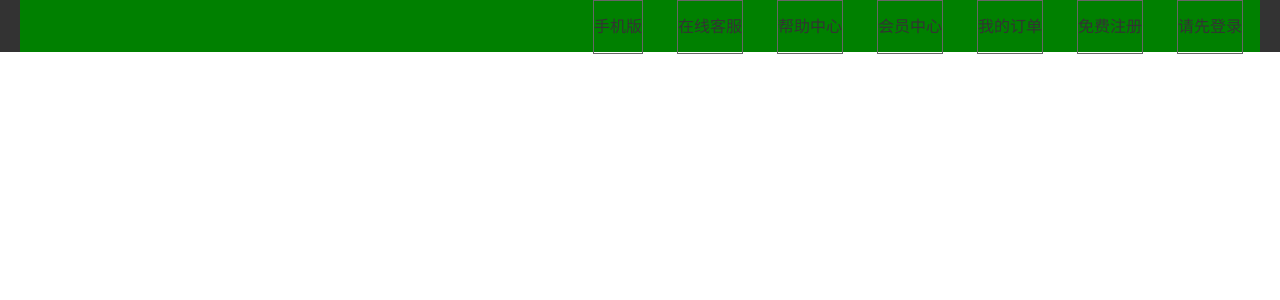
Repository: DengBiHua/xtx_pc_client
Page: index.html
The author's editor kept a copy of each file at every save. The page is drawn from the files as they stood at one save, then again after the next save.
The browser window is 1280 px wide. The pictures show the whole page.

Above is the page before, as saved 2022-04-16 10:30:43.

### index.html
<!DOCTYPE html>
<html lang="zh-CN">
<head>
    <meta charset="UTF-8">
    <meta http-equiv="X-UA-Compatible" content="IE=edge">
    <meta name="viewport" content="width=device-width, initial-scale=1.0">
    <title>小兔鲜儿-新鲜、惠民、快捷！</title>
    <meta name="description" content="小兔鲜儿官网，致力于打造全球最大的食品、生鲜电商购物平台。">
    <meta name="keywords" content="小兔鲜儿,食品,生鲜,服装,家电,电商,购物">
    <link rel="shortcut icon" href="favicon.ico" type="image/x-icon">
    <link rel="stylesheet" href="./css/base.css">
    <link rel="stylesheet" href="./css/common.css">
    <link rel="stylesheet" href="./css/index.css">
</head>
<body>
    <div class="header">
        <div class="wrapper">
            <ul>
                <li><a href="#">请先登录</a></li>
                <li><a href="#">免费注册</a></li>
                <li><a href="#">我的订单</a></li>
                <li><a href="#">会员中心</a></li>
                <li><a href="#">帮助中心</a></li>
                <li><a href="#">在线客服</a></li>
                <li><a href="#">手机版</a></li>
            </ul>
        </div>
    </div>
</body>
</html>

### css/base.css
/* 清除默认样式的代码 */
/* 去除常见标签默认的 margin 和 padding */
body,
h1,
h2,
h3,
h4,
h5,
h6,
p,
ul,
ol,
li,
dl,
dt,
dd,
input {
  margin: 0;
  padding: 0;
}

/* 內减模式 */
* {
  box-sizing: border-box;
}

/* 设置网页统一的字体大小、行高、字体系列相关属性 */
body {
  font: 16px/1.5 "Helvetica Neue", Helvetica, Arial, "Microsoft Yahei",
    "Hiragino Sans GB", "Heiti SC", "WenQuanYi Micro Hei", sans-serif;
  color: #333;
}

/* 去除列表默认样式 */
ul,
ol {
  list-style: none;
}

/* 去除默认的倾斜效果 */
em,
i {
  font-style: normal;
}

/* 去除a标签默认下划线，并设置默认文字颜色 */
a {
  text-decoration: none;
  color: #333;
}

/* 设置img的垂直对齐方式为居中对齐，去除img默认下间隙 */
img {
  vertical-align: middle;
}

/* 去除input默认样式 */
input {
  border: none;
  outline: none;
  color: #333;
}

/* 左浮动 */
.fl {
  float: left;
}

/* 右浮动 */
.fr {
  float: right;
}

/* 双伪元素清除法 */
.clearfix::before,
.clearfix::after {
  content: "";
  display: table;
}
.clearfix::after {
  clear: both;
}

### css/common.css
.wrapper {
    width: 1240px;
    margin: 0 auto;
}

.header {
    height: 52px;
    background-color: #333333;
}

.header .wrapper {
    height: 52px;
    line-height: 52px;
    background-color: green;
}

.header .wrapper ul {
    float: right;
}

.header .wrapper li {
    float: right;
    margin: 0 17px;
    border: 1px solid #666666;
}

Loaded but not shown: css/index.css (no stored copy; drawn as an empty file)

After the next save:
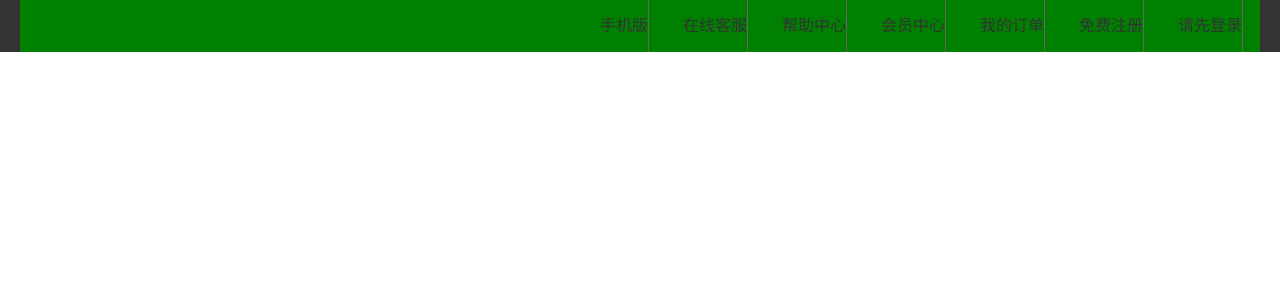
Saved 15 s later.
--- a/css/common.css
+++ b/css/common.css
@@ -21,5 +21,5 @@
 .header .wrapper li {
     float: right;
     margin: 0 17px;
-    border: 1px solid #666666;
+    border-right: 1px solid #666666;
 }
